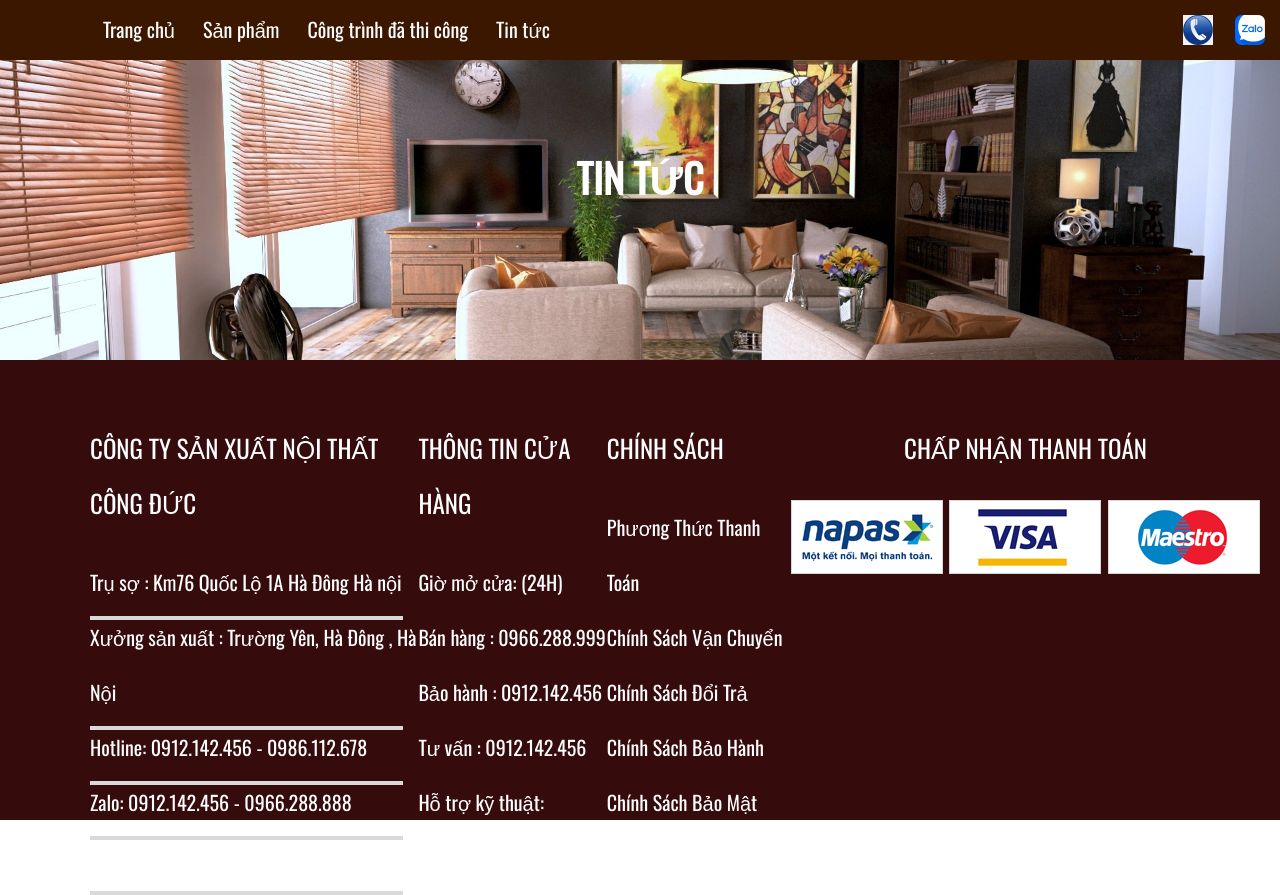
Repository: KHANHD192/FigmaTo-HTML
Page: APP-SHOP/tintuc.html
An editor plug-in stored every save of this project. The page is shown before and after the next save, followed by the edit.
The browser window is 1280 px wide. The pictures show the whole page.

Above is the page before, as saved 2022-11-22 01:18:17.

After the next save:
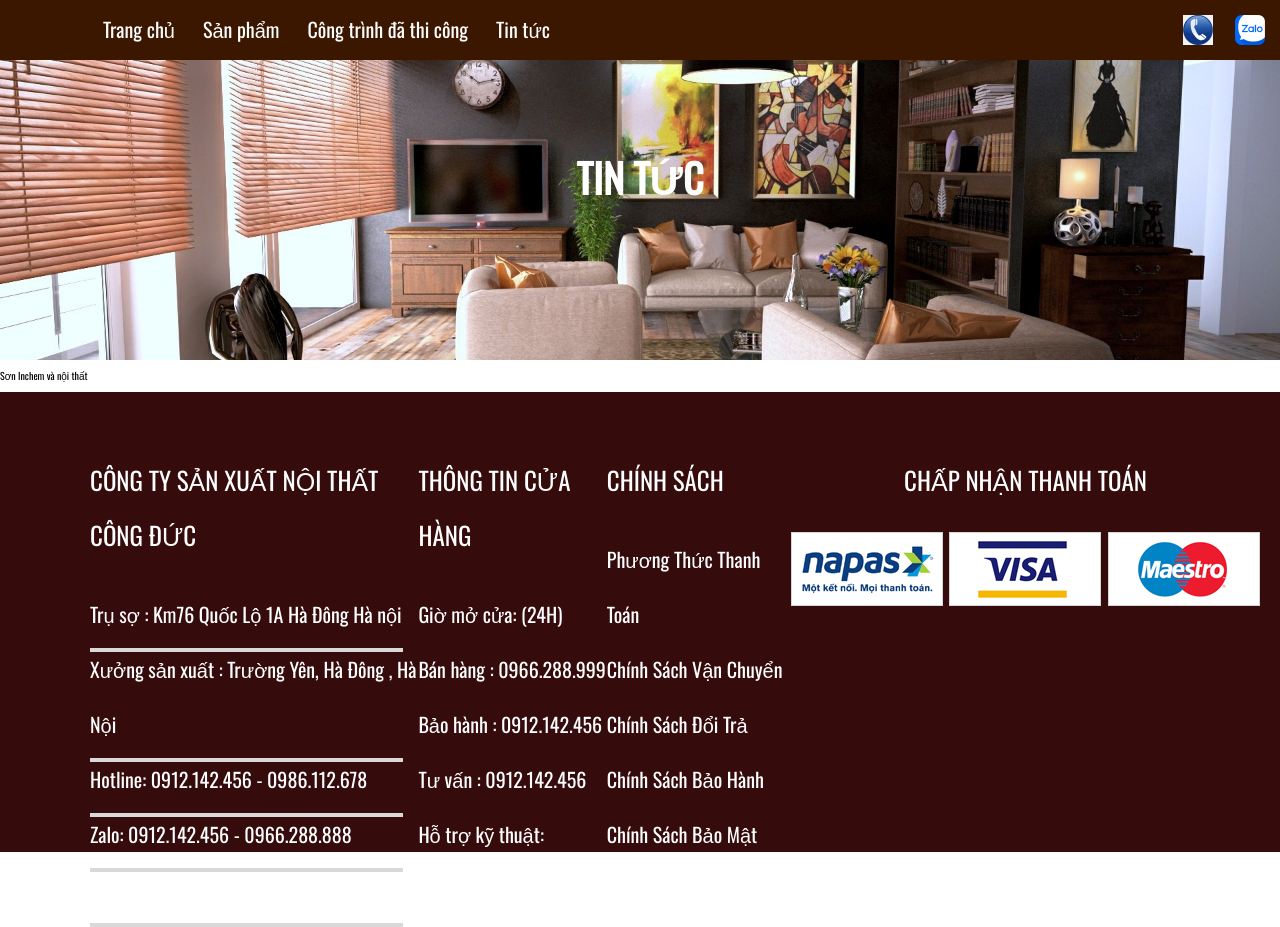
Saved 4 min 46 s later.
--- a/APP-SHOP/tintuc.html
+++ b/APP-SHOP/tintuc.html
@@ -62,7 +62,18 @@
             </div>
          </header>
          <div class="app__container2">
+           <div class="container__wrap">
+            <div class="container__content">
+                <div class="content__image">
 
+                </div>
+                <div class="content__text">
+                    <p class="content__text-title">
+                        Sơn Inchem và nội thất
+                    </p>
+                </div>
+            </div>
+           </div>
          </div>
          <footer class="app__footer">
             <div class="footer__addres">
